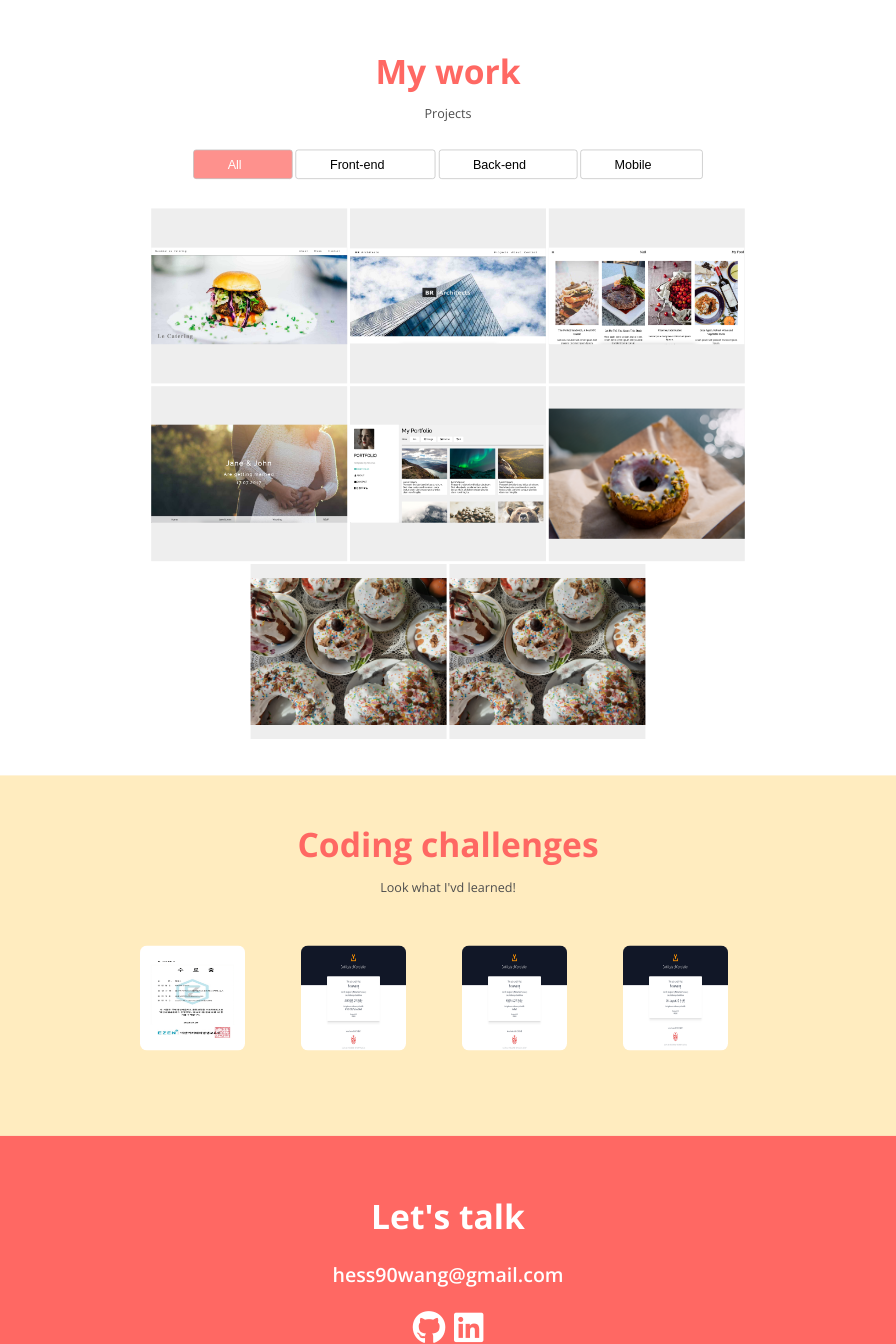
Repository: hesshess/Portfolio
Page: index.html
These files come from the project's save history. The page is drawn as it stood at one moment and after the next save; the edit follows.
The browser window is 1280 px wide. The pictures show the part of the page from y = 1344 to 3264 px (the page is 3375 px tall), at 70% of full size.
Some web libraries are served in a nearby version.

Above is the page before, as saved 2022-10-19 11:48:45.

### index.html
<!DOCTYPE html>
<html lang="en">
  <head>
    <meta charset="UTF-8" />
    <meta name="viewport" content="width=device-width, initial-scale=1.0" />
    <title>Hess's Portfolio</title>
    <meta
      name="description"
      content="Portfolio for world-renowed software engineer Hess"
    />
    <meta name="author" content="Hess" />
    <link rel="icon" type="image/png" href="imgs/favicon.png" />
    <script
      src="https://kit.fontawesome.com/1af2041847.js"
      crossorigin="anonymous"
    ></script>
    <link
      href="https://fonts.googleapis.com/css2?family=Amatic+SC:wght@400;700&family=Open+Sans:wght@400;600;700&display=swap"
      rel="stylesheet"
    />
    <link rel="stylesheet" href="style.css" />
    <script src="main.js" defer></script>
  </head>
  <body>
    <!-- Navbar -->
    <nav id="navbar">
      <div class="navbar__logo">
        <i class="fas fa-home"></i>
        <a href="#">Hess</a>
      </div>
      <div class="navbar__menu">
        <ul class="navbar__menu">
          <li class="navbar__menu__item active" data-link="#home">Home</li>
          <li class="navbar__menu__item" data-link="#about">About</li>
          <li class="navbar__menu__item" data-link="#work">My Work</li>
          <li class="navbar__menu__item" data-link="#testimonials">
            Certificate
          </li>
          <li class="navbar__menu__item" data-link="#contact">Contact</li>
        </ul>
      </div>
      <!-- Toggle button -->
      <button class="navbar__toggle-btn">
        <i class="fas fa-bars"></i>
      </button>
    </nav>
    <!-- Home -->
    <section id="home">
      <div class="home__container">
        <img
          src="imgs/profile.JPG"
          alt="Hess's profile Photo"
          class="home__avatar"
        />

        <h1 class="home__title">Hello, <br />I'm Hess Wang</h1>
        <h2 class="home__description">
          A Softerware Engineer currently residing in Seoul, South Korea.
        </h2>
        <button class="home__contact" data-link="#contact">Contact Me</button>
      </div>
    </section>

    <!-- About -->

    <section id="about" class="section section__container">
      <h1>About me</h1>
      <p>Enthusiasic Fast Learner who's also interested in Back-end</p>
      <div class="about__majors">
        <div class="major">
          <div class="major__icon">
            <i class="fab fa-react"></i>
          </div>
          <h2 class="major__title">Front-end</h2>
          <div class="major__description">
            HTML, CSS, JavaScript, ReactJS
          </div>
        </div>
        <div class="major">
          <div class="major__icon">
            <i class="fab fa-js"></i>
          </div>
          <h2 class="major__title">Back-end</h2>
          <div class="major__description">
            JavaScript, NodeJS, Rest APIs, MySQL
          </div>
        </div>
      </div>
    </section>


    <!-- Work -->
    <section id="work" class="section">
      <div class="section__container">
        <h1>My work</h1>
        <h3>Projects</h3>
        <div class="work__categories">
          <button class="category__btn active" data-filter="*">
            All<span class="category__count">8</span>
          </button>
          <button class="category__btn" data-filter="front-end">
            Front-end<span class="category__count">3</span>
          </button>
          <button class="category__btn" data-filter="back-end">
            Back-end<span class="category__count">3</span>
          </button>
          <button class="category__btn" data-filter="mobile">
            Mobile<span class="category__count">2</span>
          </button>
        </div>

        <div class="work__projects">
          <a
          href="https://hesshess.github.io/clonecoding-assignment/1-gourtmet-au-catering/template1.html"
          class="project"
          target="blank"
          data-type="front-end"
        >
          <img
            src="./imgs/work/template1.png"
            alt="Youtube"
            class="project__img"
          />
          <div class="project__description">
            <h3>Youtube Site</h3>
            <span>Clone coding with HTML and CSS</span>
          </div>
        </a>
        <a
          href="https://hesshess.github.io/clonecoding-assignment/2-ba-architects/template2.html"
          class="project"
          target="blank"
          data-type="front-end"
        >
          <img
            src="./imgs/work/template2.png"
            alt="Youtube"
            class="project__img"
          />
          <div class="project__description">
            <h3>Youtube Site</h3>
            <span>Clone coding with HTML and CSS</span>
          </div>
        </a>
        <a
          href="https://hesshess.github.io/clonecoding-assignment/3-food-blog/template3.html"
          class="project"
          target="blank"
          data-type="front-end"
        >
          <img
            src="./imgs/work/template3.png"
            alt="Youtube"
            class="project__img"
          />
          <div class="project__description">
            <h3>Youtube Site</h3>
            <span>Clone coding with HTML and CSS</span>
          </div>
        </a>
        <a
          href="https://hesshess.github.io/clonecoding-assignment/4-wedding-invitation/template4.html"
          class="project"
          target="blank"
          data-type="front-end"
        >
          <img
            src="./imgs/work/template4.png"
            alt="Youtube"
            class="project__img"
          />
          <div class="project__description">
            <h3>Youtube Site</h3>
            <span>Clone coding with HTML and CSS</span>
          </div>
        </a>
        <a
          href="https://hesshess.github.io/clonecoding-assignment/5-nature-portfolio/template5.html"
          class="project"
          target="blank"
          data-type="front-end"
        >
          <img
            src="./imgs/work/template5.png"
            alt="Youtube"
            class="project__img"
          />
          <div class="project__description">
            <h3>Youtube Site</h3>
            <span>Clone coding with HTML and CSS</span>
          </div>
        </a>
          <a
            href="깃허브링크"
            class="project"
            target="blank"
            data-type="back-end"
          >
            <img src="imgs/projects/2.jpg" alt="Youtube" class="project__img" />
            <div class="project__description">
              <h3>Youtube Site</h3>
              <span>Clone coding with HTML and CSS</span>
            </div>
          </a>
          <a
            href="깃허브링크"
            class="project"
            target="blank"
            data-type="mobile"
          >
            <img src="imgs/projects/3.jpg" alt="Youtube" class="project__img" />
            <div class="project__description">
              <h3>Youtube Site</h3>
              <span>Clone coding with HTML and CSS</span>
            </div>
          </a>
          <a
            href="깃허브링크"
            class="project"
            target="blank"
            data-type="mobile"
          >
            <img src="imgs/projects/3.jpg" alt="Youtube" class="project__img" />
            <div class="project__description">
              <h3>Youtube Site</h3>
              <span>Clone coding with HTML and CSS</span>
            </div>
          </a>
        </div>
      </div>
    </section>
    <!-- Testimonials -->
    <section id="testimonials" class="section">
      <div class="section__container">
        <h1>Coding challenges</h1>
        <h3>Look what I'vd learned!</h3>
        <div class="testimonials">
          <div class="testimonial">
            <img
              src="imgs/testimonial/certificate1.jpg"
              class="testimonial__avatar"
            />
            <div class="testimonial__description">
              <h3>이젠 - 풀스택 웹개발자 6개월 과정</h3>
              <span>HTML, CSS, Javascript, React, Node, MySQL</span>
            </div>
          </div>

          <div class="testimonial">
            <img
              src="imgs/testimonial/nomad1.jpg"
              class="testimonial__avatar"
            />
            <div class="testimonial__description">
              <h3>노마드코드 - 카카오 클론 2주 챌린지</h3>
              <span>HTML5, CSS3, Flexbox, Github</span>
          </div>
          </div>
          <div class="testimonial">
            <img
              src="imgs/testimonial/nomad2.jpg"
              class="testimonial__avatar"
            />
            <div class="testimonial__description">
              <h3>노마드코드 - 바닐라 JS 2주 챌린지</h3>
              <span>HTML5, CSS3, VanillaJS</span>
          </div></div>
          <div class="testimonial">
            <img
              src="imgs/testimonial/nomad3.jpg"
              class="testimonial__avatar"
            />
            <div class="testimonial__description">
              <h3>노마드코드 - CSS LAYOUT 2주 챌린지</h3>
              <span>Flexbox, Grid, Scss</span>
          </div>
        </div>
      </div>
    </section>
    <!-- Contact -->
    <section id="contact" class="section">
      <h1 class="contact__title">Let's talk</h1>
      <h2>
        <a href="mailto:hess90wang@gmail.com" class="contact__email"
          >hess90wang@gmail.com</a
        >
      </h2>
      <div class="contact__links">
        <a href="https://github.com/hesshess" target="_blank">
          <i class="fab fa-github"></i>
        </a>
        <a
          href="https://www.linkedin.com/in/hess-wang-294197254/"
          target="_blank"
        >
          <i class="fa fa-linkedin-square"></i
        ></a>
      </div>
      <p class="contact__rights">2020 HESS Cottage - All rights reserved</p>
    </section>

    <!-- Arrow up -->
    <button class="arrow-up">
      <i class="fas fa-arrow-up"></i>
    </button>
  </body>
</html>

### style.css
/* Global */
:root {
  /* Color */

  --color-white: #ffffff;

  --color-light-white: #eeeeee;

  --color-dark-white: #bdbdbd;

  --color-pink: #fe918d;

  --color-dark-pink: #ff6863;

  --color-dark-grey: #4d4d4d;

  --color-grey: #616161;

  --color-light-grey: #7c7979;

  --color-blue: #73aace;

  --color-yellow: #fff7d1;

  --color-orange: #feb546;

  --color-black: #000000;

  /* Font size */

  --font-large: 48px;

  --font-medium: 28px;

  --font-regular: 18px;

  --font-small: 16px;

  --font-micro: 14px;

  /* Font weight */

  --weight-bold: 700;

  --weight-semi-bold: 600;

  --weight-regular: 400;

  /* Size */
  --size-border-radius: 4px;

  /* Animation */
  --animation-duration: 300ms;
}

/* Universal tags */
* {
  box-sizing: border-box;
}

body {
  margin: 0;
  font-family: "Open Sans", sans-serif;
  cursor: default;
}

a {
  text-decoration: none;
  color: var(--color-white);
}
ul {
  list-style: none;
  padding-left: 0;
}
li {
  list-style: none;
}

button {
  background-color: transparent;
  cursor: pointer;
  border: none;
  outline: none;
}

/* Typography */
h1 {
  font-size: var(--font-large);
  font-weight: var(--weight-bold);
  color: var(--color-dark-pink);
  margin: 16px 0;
}

h2 {
  font-size: var(--font-medium);
  font-weight: var(--weight-semi-bold);
  color: var(--color-dark-grey);
  margin: 8px 0;
}

h3 {
  font-size: var(--font-regular);
  font-weight: var(--weight-regular);
  color: var(--color-dark-grey);
  margin: 8px 0;
}

p {
  font-size: var(--font-regular);
  font-weight: var(--weight-regular);
  color: var(--color-light-grey);
  margin: 4px 0;
}

/* Navbar */
#navbar {
  position: fixed;
  width:100%;
  display: flex;
  justify-content: space-between;
  background-color: transparent;
  align-items: center;
  color: var(--color-dark-white);
  padding: 10px;
  transition: all var(--animation-duration) ease-in-out;
  z-index:1;
}
#navbar.navbar--dark{
  background-color: var(--color-pink);
  color:var(--color-white);
  padding: 5px;

}
.navbar__menu {
  display: flex;
  margin: 4px 0;
}

.navbar__logo {
  font-size: var(--font-medium);
  font-weight: var(--weight-semi-bold);
  padding-left: 10px;
}
.navbar__menu__item {
  padding: 4px 6px;
  margin: 0 4px;
  cursor: pointer;
  border-radius: var(--size-border-radius);
}

.navbar__menu__item.active {
  border: 1.5px solid var(--color-pink);
}

.navbar__menu__item:hover {
  background-color: var(--color-dark-pink);
  border-radius: var(--size-border-radius);
}

.navbar__toggle-btn{
  position: absolute;
  top:10px;
  right:16px;
  font-size: 24px;
  color:var(--color-white);
  display:none;

}

/* Home */
#home {
  background: url("imgs/home-background.png") center/cover no-repeat;
  padding: 40px;
  padding-top:120px;
  text-align: center;
}

.home__avatar {
  width: 250px;
  height: 250px;
  border-radius: 50%;
  border: 3px solid var(--color-pink);
}

.home__title,
.home__description {
  color: var(--color-light-grey);
}
.home__contact {
  color: var(--color-grey);
  font-size: var(--font-regular);
  font-weight: var(--weight-bold);
  margin: 24px;
  padding: 8px 12px;
  border: 2px solid var(--color-light-grey);
  border-radius: var(--size-border-radius);
}

/* Section Common*/
.section {
  text-align: center;
  padding: 50px;
  margin: auto;
}

.section__container {
  max-width: 1000px;
  margin: auto;
}

/* About */
.about__majors {
  display: flex;
  justify-content: space-around;
  margin: 80px 0;
}


.major__icon {
  width: 170px;
  height: 170px;
  font-size: 70px;
  line-height: 170px;
  color: var(--color-dark-pink);
  margin: auto;
  border: 1px solid var(--color-dark-pink);
  border-radius: 50%;
  margin-bottom: 16px;
}

.major__icon i {
  transition: all var(--animation-duration) ease;
}

.major__icon:hover i {
  color: var(--color-pink);
  transform: rotate(30deg) scale(1.2);
}

.major__title,
.major__description {
  color: var(--color-dark-grey);
}

.major__description {
  font-size: var(--font-small);
}

.job {
  display: flex;
  align-items: center;
}

.job__description {
  margin: 0 16px;
  text-align: left;
}

.job__name,
.job__period {
  color: var(--color-light-grey);
}

.job__name {
  font-size: var(--font-small);
}

.job__period {
  font-size: var(--font-micro);
}

.job__logo {
  width: 80px;
  height: 80px;
  border-radius: 50%;
  margin-right: 20px;
}

/* Skill */
#skills {
  background-color: var(--color-yellow);
}

.skillset {
display: flex;
background-color:var(--color-light-grey);
color:var(--color-light-white);
margin:20px 0;
}

.skillset__title{
    color:var(--color-white);

}

.skillset__left{
flex-basis: 60%;
background-color:var(--color-dark-grey);
padding: 20px 40px;
}

.skill{
  margin-bottom: 32px;
}

.skill__description{
    display:flex;
    justify-content: space-between;

}

.skill__bar{
  width: 100%;
  height:3px;
  background-color: var(--color-grey);

}
.skill__value{
  height:3px;
  background-color: var(--color-orange);
}

.skillset__right{
flex-basis: 40%;
}

.tools {
    background-color: var(--color-grey);
}

.tools, .etx{
  padding: 20px;
}

/* Work */


.work__categories {
  margin:40px;
}
.category__btn{
  border: 1px solid var(--color-dark-white);
  border-radius:  var(--size-border-radius);
  font-size:var(--font-regular);
  padding: 8px 48px;
}

.category__btn.active, .category__btn:hover{
  background-color: var(--color-pink);
  color: var(--color-white);
}

.category__btn .active .category__count,.category__btn:hover .category__count {
  opacity: 1;
  top: 0;
}



.category__count{
  background-color: var(--color-orange);
  border-radius: 50%;
  color:var(--color-white);
  width:24px;
  height:24px;
  display: inline-block;
  line-height: 24px ;
  position:relative;
  top: -20px;
  left:4px;
  opacity:0;
  transition: all var(--animation-duration) ease-in;

}

 .work__projects{
   display:flex;
   flex-wrap:wrap;
   justify-content: center;
   opacity:1;
   transition: all var(--animation-duration) ease-out;

 }
 .work__projects.anim-out{
   opacity:0;
   transform: scale(0.96) translateY(40px);
 }

 .project {
   position: relative;
   display:flex;
   justify-content: center;
   align-items: center;
   width:280px;
   height:250px;
   margin:2px;
   background-color: var(--color-light-white);

 }
 .project.invisible{
   display:none;
 }

 .project__img{
   max-width:100%;
   max-height:100%;
 }

 .project__description, .testimonial__description{
   position: absolute;
   background-color: black;
   display: flex;
   flex-direction: column;
   justify-content: center;
   width:100%;
   height:100%;
   top:0;
   left:0;
   opacity:0;
   transform:translateY(10px);
   transition: all var(--animation-duration) ease-in;
 }
 .testimonial__description{
  padding: 10px;
  font-size: 0.7em;
  width:150px;
  height:150px;
  border-radius: 10px;
  color:var(--color-white);
 }

 .project:hover .project__description{
opacity:0.8;
transform:translateY(0px);
 }

 .testimonial:hover .testimonial__description{
  opacity:0.8;
  transform:translateY(0px);
   }

 .project__description h3{
   color:var(--color-white);
 }

 .project__description h3:after{
   display: block;
   content:'';
   position: relative;
   left:50%;
   width:25px;
   height:2px;
   margin-left: -12px;
   margin-top: 8px;
   background-color: var(--color-dark-white);
 }


/* testimonial */
#testimonials{
  background-color: #FFECBF;

}

.testimonials {
  margin: 40px;
  display: flex;
  justify-content: space-around;
}

.testimonial{
  display: flex;
margin:32px 0;
transition: all var(--animation-duration) ease-in;
}
.testimonial:hover {
  transform: scale(1.5);
}
.testimonial .project__description{
  opacity:0.8;
  transform:translateY(0px);
   }

.testimonial__avatar{
  width:150px;
  height:150px;
  border-radius: 10px;

}
.testimonial__avatar:nth-child(odd){
  margin-right:40px;
}
.testimonial__avatar:nth-child(even){
  margin-left:40px;
}

.testimonial__speech-bubble{
  padding:18px;
  background-color: var(--color-white);
  border-radius: var(--size-border-radius);
}

.testimonial__speech-bubble p {
  color: var(--color-light-grey);

}

.testimonial__speech-bubble a{
  color: var(--color-pink);
}

/* Contact */

#contact{
  background-color: var(--color-dark-pink);


}
.contact__title, .contact__email, .contact__rights{
  color: var(--color-white);
}

.contact__title{
  margin: 32px 0;

}

.contact__links{
  font-size: var(--font-large);
  margin: 24px 0px;
  transition: all var(--animation-duration) ease-in;

}

.contact__links i:hover {
  transform: scale(1.3);
  color:var(--color-orange);

}


/* Scroll */
.arrow-up{
  position:fixed;
  bottom: 50px;
  right:50px;
  width:70px;
  height:70px;
  font-size: 50px;
  background-color: var(--color-pink);
  color: var(--color-white);
  border-radius: 50%;
  opacity:0;
  pointer-events: none ;
  transition: all var(--animation-duration) ease-in
}

.arrow-up.visible {
  opacity:1;
  pointer-events: auto;
}


/* For below 768px screen width */

@media screen and (max-width:768px){
.navbar__toggle-btn{
  display:block;

}
#navbar{
  font-display: column;
align-items:flex-start;
}
.navbar__menu{
  flex-direction: column;
  text-align: center;
  width:100%;
  display:none;

}

.about__majors{
  flex-direction: column;

}
.major{
margin-bottom: 38px;

}

.skillset {
  flex-direction: column;

}

.project{
  flex-grow: 1;
}

.testimonial__avatar{
  width:80px;
  height:80px;
}



}

### main.js
"use strict";

// Make navbar transparent when it is on the top
const navbar = document.querySelector("#navbar");
const navbarHeight = navbar.getBoundingClientRect().height;
document.addEventListener("scroll", () => {
  if (window.scrollY > navbarHeight) {
    navbar.classList.add("navbar--dark");
  } else {
    navbar.classList.remove("navbar--dark");
  }
});

// Handle scrolling when tapping on the navbar menu
const navbarMenu = document.querySelector(".navbar__menu");
navbarMenu.addEventListener("click", (event) => {
  const target = event.target;
  const link = target.dataset.link;
  if (link == null) {
    return;
  }
  scrollIntoView(link);
});

// Handle click on "Contact Me" button on home
const contactMe = document.querySelector(".home__contact");
contactMe.addEventListener("click", () => {
  scrollIntoView("#contact");
});

// Make Home slowly fade to transparent as the window scrolls down
const home = document.querySelector(".home__container");
const homeHeight = home.getBoundingClientRect().height;
document.addEventListener("scroll", () => {
  home.style.opacity = 1 - window.scrollY / homeHeight;
});

// Show "arrow up" button when scrolling down
const arrowUp = document.querySelector(".arrow-up");
document.addEventListener("scroll", () => {
  if (window.scrollY > homeHeight / 2) {
    arrowUp.classList.add("visible");
  } else {
    arrowUp.classList.remove("visible");
  }
});

// Handle click on the "arrow up" button
arrowUp.addEventListener("click", () => {
  scrollIntoView("#home");
});

// Projects
const workBtnContainer = document.querySelector(".work__categories");
const projectContainer = document.querySelector(".work__projects");
const projects = document.querySelectorAll(".project");
workBtnContainer.addEventListener("click", (e) => {
  const filter = e.target.dataset.filter || e.target.parentNode.dataset.filter;
  if (filter == null) {
    return;
  }

  projectContainer.classList.add("anim-out");

  setTimeout(() => {
    projects.forEach((project) => {
      console.log(project.dataset.type);
      if (filter === "*" || filter === project.dataset.type) {
        project.classList.remove("invisible");
      } else {
        project.classList.add("invisible");
      }
    });
    projectContainer.classList.remove("anim-out");
  }, 300);
});

function scrollIntoView(selector) {
  const scrollTo = document.querySelector(selector);
  scrollTo.scrollIntoView({ behavior: "smooth" });
}

After the next save:
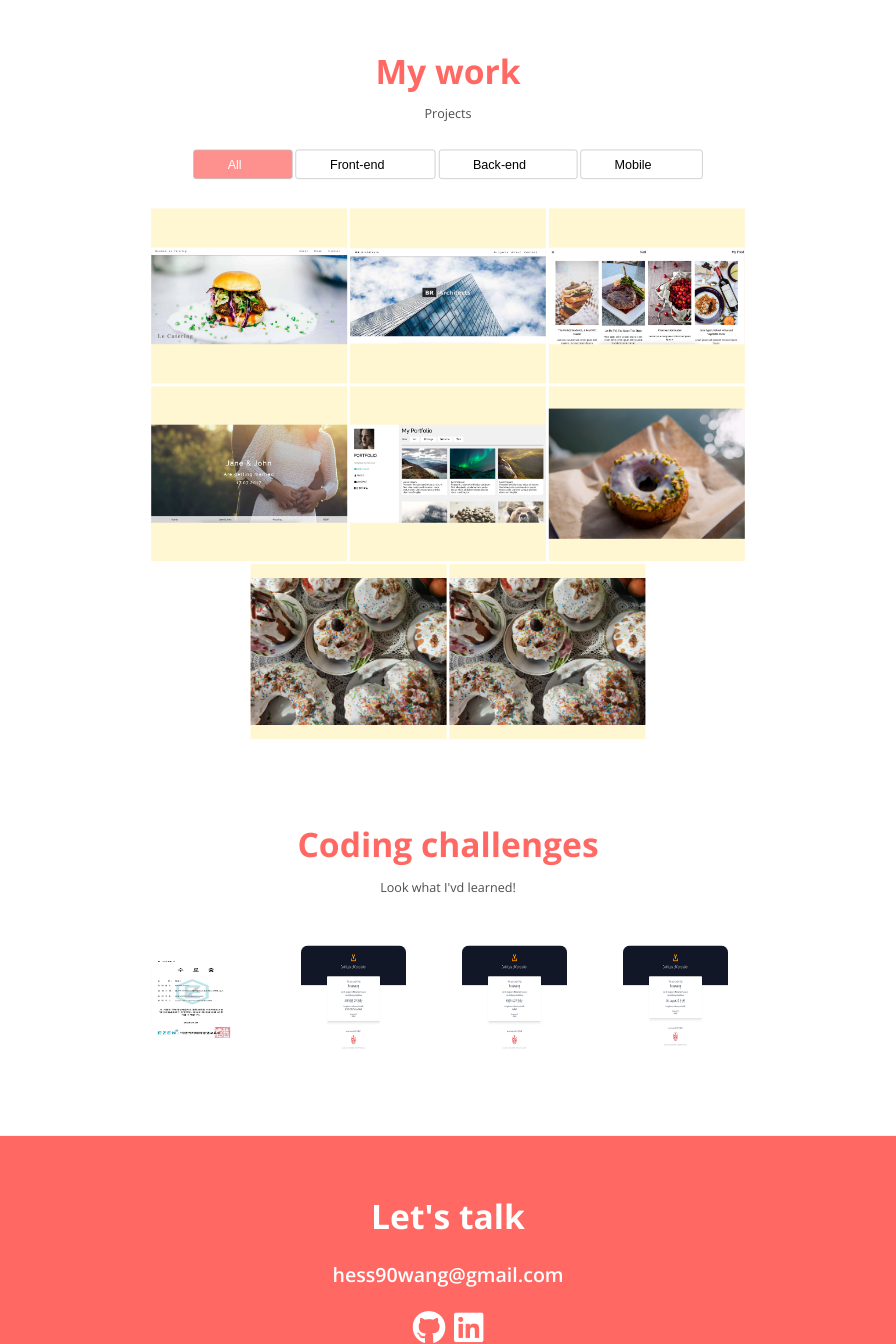
Saved 118 s later.
--- a/style.css
+++ b/style.css
@@ -394,7 +394,7 @@
    width:280px;
    height:250px;
    margin:2px;
-   background-color: var(--color-light-white);
+   background-color: var(--color-yellow);
 
  }
  .project.invisible{
@@ -458,7 +458,7 @@
 
 /* testimonial */
 #testimonials{
-  background-color: #FFECBF;
+  background-color:rgb(255, 186, 191) #FFECBF;
 
 }
 
